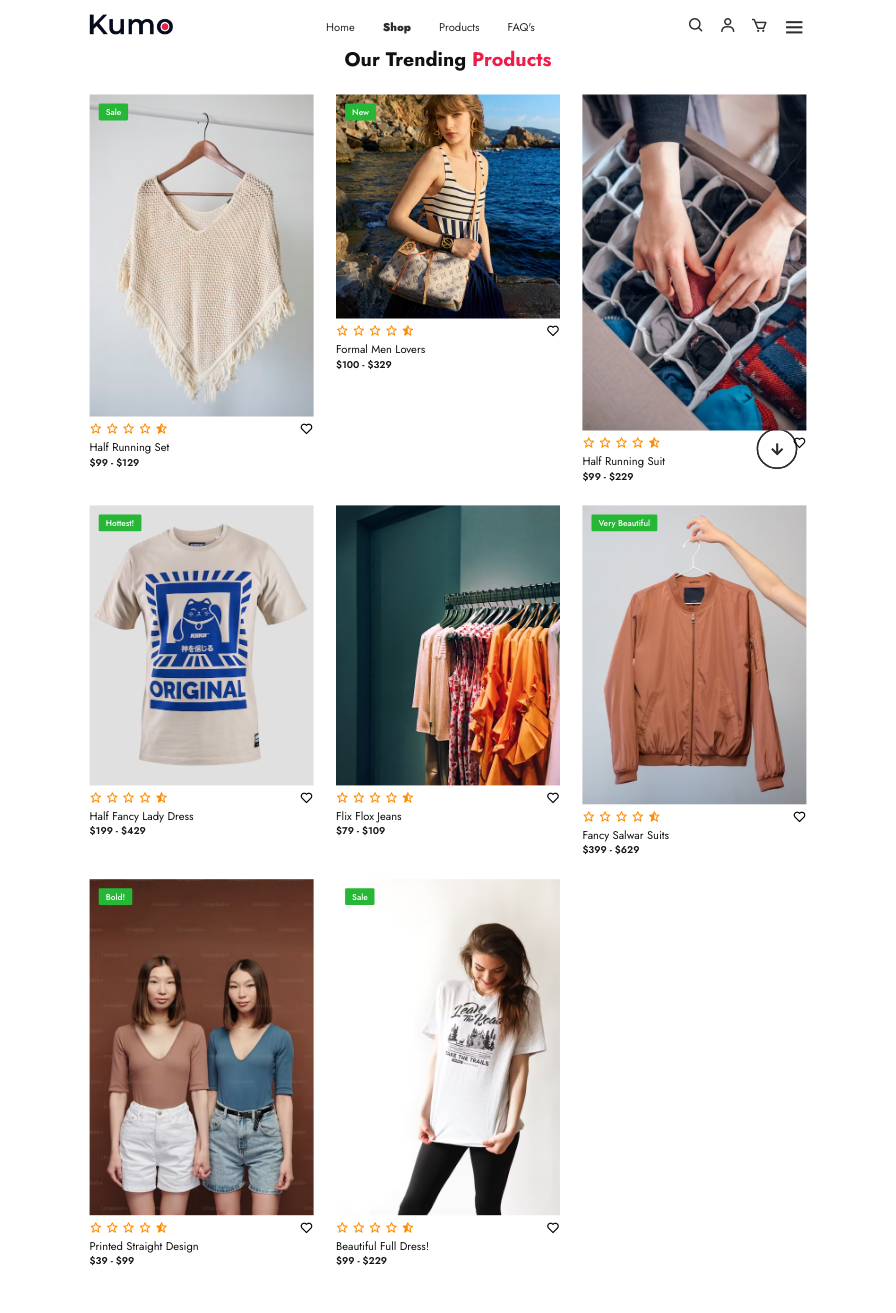
Repository: isaacCodes1/Kumo-Website.
Page: shop.html
An editor plug-in stored every save of this project. The page is shown before and after a run of saves, followed by the edit.
The browser window is 1280 px wide. The pictures show the whole page, at 70% of full size.

Above is the page before, as saved 2024-03-23 09:49:11.

### shop.html
<!DOCTYPE html>
<html lang="en">
  <head>
    <meta charset="UTF-8" />
    <meta name="viewport" content="width=device-width, initial-scale=1.0" />
    <link rel="stylesheet" href="style.css" />
    <link rel="preconnect" href="https://fonts.googleapis.com" />
    <link rel="preconnect" href="https://fonts.gstatic.com" crossorigin />
    <link
      href="https://fonts.googleapis.com/css2?family=Bricolage+Grotesque:opsz,wght@12..96,200..800&family=Jost:ital,wght@0,100..900;1,100..900&family=Montserrat:ital,wght@0,100..900;1,100..900&family=Poppins:ital,wght@0,100;0,200;0,300;0,400;0,500;0,600;0,700;0,800;0,900;1,100;1,200;1,300;1,400;1,500;1,600;1,700;1,800;1,900&display=swap"
      rel="stylesheet"
    />
    <link
      rel="stylesheet"
      href="https://cdnjs.cloudflare.com/ajax/libs/font-awesome/6.5.1/css/all.min.css"
      integrity="sha512-DTOQO9RWCH3ppGqcWaEA1BIZOC6xxalwEsw9c2QQeAIftl+Vegovlnee1c9QX4TctnWMn13TZye+giMm8e2LwA=="
      crossorigin="anonymous"
      referrerpolicy="no-referrer"
    />
    <link
      rel="stylesheet"
      href="https://unpkg.com/boxicons@latest/css/boxicons.min.css"
    />
    <link rel="stylesheet" href="Mediaquery.css" />
    <title>Document</title>
  </head>
  <body>
    <header>
      <a href="index.html" class="logo"><img src="Assets/logo.png" alt="" /></a>
      <ul class="navmenu">
        <li><a href="index.html">Home</a></li>
        <li><a style="font-weight: 900" href="shop.html">Shop</a></li>
        <li><a href="products.html">Products</a></li>
        <li><a href="Questions.html">FAQ's</a></li>
      </ul>
      <div class="nav-icon">
        <a href="#"><i class="bx bx-search"></i></a>
        <a href="#"><i class="bx bx-user"></i></a>
        <a href="#"><i class="bx bx-cart"></i></a>
        <div class="bx bx-menu" id="menu-icon"></div>
      </div>
    </header>
    <div class="down-arrow">
      <a href="#trending" class="down"><i class="bx bx-down-arrow-alt"></i></a>
    </div>
    <div class="down-arrow">
      <a href="#trending" class="down"><i class="bx bx-down-arrow-alt"></i></a>
    </div>
    <!-- <trending-products-section-->
    <section class="trending-product" id="trending">
      <div class="center-text">
        <h2>Our Trending <span>Products</span></h2>
      </div>
      <div class="products">
        <div class="row">
          <img class="clothes1" src="/Assets/Clothes1.avif" alt="" />
          <div class="product-text">
            <h5>Sale</h5>
          </div>
          <div class="heart-icon">
            <i class="bx bx-heart"></i>
          </div>
          <div class="ratting">
            <i class="bx bx-star"></i>
            <i class="bx bx-star"></i>
            <i class="bx bx-star"></i>
            <i class="bx bx-star"></i>
            <i class="bx bxs-star-half"></i>
          </div>
          <div class="price">
            <h4>Half Running Set</h4>
            <p>$99 - $129</p>
          </div>
        </div>

        <div class="row">
          <img src="/Assets/luiz1.webp" alt="" />
          <div class="product-text">
            <h5>New</h5>
          </div>
          <div class="heart-icon">
            <i class="bx bx-heart"></i>
          </div>
          <div class="ratting">
            <i class="bx bx-star"></i>
            <i class="bx bx-star"></i>
            <i class="bx bx-star"></i>
            <i class="bx bx-star"></i>
            <i class="bx bxs-star-half"></i>
          </div>
          <div class="price">
            <h4>Formal Men Lovers</h4>
            <p>$100 - $329</p>
          </div>
        </div>
        <div class="row">
          <img src="/Assets/Clothes3.avif" alt="" />
          <div class="heart-icon">
            <i class="bx bx-heart"></i>
          </div>
          <div class="ratting">
            <i class="bx bx-star"></i>
            <i class="bx bx-star"></i>
            <i class="bx bx-star"></i>
            <i class="bx bx-star"></i>
            <i class="bx bxs-star-half"></i>
          </div>
          <div class="price">
            <h4>Half Running Suit</h4>
            <p>$99 - $229</p>
          </div>
        </div>
        <div class="row">
          <img src="/Assets/Clothes9.avif" alt="" />
          <div class="product-text">
            <h5>Hottest!</h5>
          </div>
          <div class="heart-icon">
            <i class="bx bx-heart"></i>
          </div>
          <div class="ratting">
            <i class="bx bx-star"></i>
            <i class="bx bx-star"></i>
            <i class="bx bx-star"></i>
            <i class="bx bx-star"></i>
            <i class="bx bxs-star-half"></i>
          </div>
          <div class="price">
            <h4>Half Fancy Lady Dress</h4>
            <p>$199 - $429</p>
          </div>
        </div>
        <div class="row">
          <img src="/Assets/clothes5.avif" alt="" />
          <div class="heart-icon">
            <i class="bx bx-heart"></i>
          </div>
          <div class="ratting">
            <i class="bx bx-star"></i>
            <i class="bx bx-star"></i>
            <i class="bx bx-star"></i>
            <i class="bx bx-star"></i>
            <i class="bx bxs-star-half"></i>
          </div>
          <div class="price">
            <h4>Flix Flox Jeans</h4>
            <p>$79 - $109</p>
          </div>
        </div>
        <div class="row">
          <img src="/Assets/Clothes6.avif" alt="" />
          <div class="product-text">
            <h5>Very Beautiful</h5>
          </div>
          <div class="heart-icon">
            <i class="bx bx-heart"></i>
          </div>
          <div class="ratting">
            <i class="bx bx-star"></i>
            <i class="bx bx-star"></i>
            <i class="bx bx-star"></i>
            <i class="bx bx-star"></i>
            <i class="bx bxs-star-half"></i>
          </div>
          <div class="price">
            <h4>Fancy Salwar Suits</h4>
            <p>$399 - $629</p>
          </div>
        </div>
        <div class="row">
          <img src="/Assets/Clothes7.avif" alt="" />
          <div class="product-text">
            <h5>Bold!</h5>
          </div>
          <div class="heart-icon">
            <i class="bx bx-heart"></i>
          </div>
          <div class="ratting">
            <i class="bx bx-star"></i>
            <i class="bx bx-star"></i>
            <i class="bx bx-star"></i>
            <i class="bx bx-star"></i>
            <i class="bx bxs-star-half"></i>
          </div>
          <div class="price">
            <h4>Printed straight Design</h4>
            <p>$39 - $99</p>
          </div>
        </div>
        <div class="row">
          <img src="/Assets/Clothes8.avif" alt="" />
          <div class="product-text">
            <h5>Sale</h5>
          </div>
          <div class="heart-icon">
            <i class="bx bx-heart"></i>
          </div>
          <div class="ratting">
            <i class="bx bx-star"></i>
            <i class="bx bx-star"></i>
            <i class="bx bx-star"></i>
            <i class="bx bx-star"></i>
            <i class="bx bxs-star-half"></i>
          </div>
          <div class="price">
            <h4>Beautiful Full Dress!</h4>
            <p>$99 - $229</p>
          </div>
        </div>
      </div>
    </section>
  </body>
  <script src="java.js"></script>
</html>

### style.css
* {
  margin: 0;
  padding: 0;
  box-sizing: border-box;
  scroll-behavior: smooth;
  font-family: "Jost", sans-serif;
  list-style-type: none;
  text-decoration: none;
}
header {
  position: fixed;
  width: 100%;
  top: 0;
  right: 0;
  z-index: 1000;
  display: flex;
  align-items: center;
  justify-content: space-between;
  padding: 20px 10%;
}
.logo img {
  max-width: 120px;
  height: auto;
}
.navmenu {
  display: flex;
}
.navmenu li :hover {
  background: #000;
}
.navmenu a {
  color: #2c2c2c;
  font-size: 16px;
  text-transform: capitalize;
  padding: 10px 20px;
  font-weight: 400;
  transition: all 0.42s ease;
}
.navmenu a:hover {
  color: #ee1c47;
}
.nav-icon {
  display: flex;
  align-items: center;
}
.nav-icon i {
  margin-right: 20px;
  color: #2c2c2c;
  font-size: 25px;
  font-weight: 400;
  transition: all 0.42s ease;
}
.nav-icon i:hover {
  transform: scale(1.05);
  color: #ee1c47;
}
#menu-icon {
  font-size: 35px;
  color: #2c2c2c;
  z-index: 10001;
  cursor: pointer;
}
section {
  padding: 5% 10%;
}
.main-home {
  width: 100%;
  height: 100vh;
  background-image: url(Assets/banner-3.png);
  background-position: center;
  background-size: cover;
  display: grid;
  grid-template-columns: repeat(1, 1fr);
  align-items: center;
}
.main-text h5 {
  color: #ee1c47;
  font-size: 16px;

  text-transform: capitalize;
  font-weight: 500;
}
.main-text h1 {
  color: #000;
  font-size: 65px;
  text-transform: capitalize;
  line-height: 1.1;
  font-weight: 600;
  margin: 6px 0 10px;
}
.main-text p {
  color: #333c56;
  font-size: 20px;
  font-style: italic;
  margin-bottom: 20px;
}
.main-btn {
  display: inline-block;
  color: #111;
  font-size: 16px;
  font-weight: 500;
  text-transform: capitalize;
  border: 2px solid#111;
  padding: 12px 25px;
  transition: all 0.42s ease;
}
.main-btn:hover {
  background: #000;
  color: #fff;
}
.main-btn i {
  vertical-align: middle;
}
.down-arrow {
  position: absolute;
  top: 85%;
  right: 11%;
}
.down i {
  font-size: 30px;
  color: #2c2c2c;
  border: 2px solid #2c2c2c;
  border-radius: 50px;
  padding: 12px 12px;
}
.down i:hover {
  background: #2c2c2c;
  color: #fff;
  transition: all 0.42s ease;
}
header.sticky {
  background: #fff;
  padding: 20px 10%;
  box-shadow: 0px 0px 10px rgb(0 0 0 /10%);
}
/* trending-section-css */
.center-text h2 {
  color: #111;
  font-size: 28px;
  text-transform: capitalize;
  text-align: center;
  margin-bottom: 30px;
}
.center-text span {
  color: #ee1c47;
}
.products {
  display: grid;
  grid-template-columns: repeat(auto-fit, minmax(260px, auto));
  gap: 2rem;
}
.row {
  position: relative;
  transition: all 0.4s;
}
.row img {
  width: 100%;
  height: auto;
  transition: all 0.4s;
}
.row img:hover {
  transform: scale(0.9);
}
.product-text h5 {
  position: absolute;
  top: 13px;
  left: 13px;
  color: #fff;
  font-size: 12px;
  font-weight: 500;
  text-transform: capitalize;
  background: #27b737;
  padding: 3px 10px;
  border-radius: 2px;
}
.heart-icon {
  position: absolute;
  right: 0;
  font-size: 20px;
}
.heart-icon:hover {
  color: #ee1c47;
}
.ratting {
  color: #ff8c00;
  font-size: 18px;
}

.price h4 {
  color: #111;
  font-size: 16px;
  text-transform: capitalize;
  font-weight: 400;
}
.price p {
  color: #151515;
  font-size: 14px;
  font-weight: 600;
}
.client-reviews {
  background: #f3f4f6;
}
.reviews {
  text-align: center;
}
.reviews h3 {
  color: #111;
  font-size: 25px;
  text-transform: capitalize;
  text-align: center;
  font-weight: 700;
}
.reviews img {
  width: 100px;
  height: auto;
  border-radius: 80px;
  margin: 10px 0;
}
.reviews p {
  color: #707070;
  font-size: 16px;
  font-weight: 400;
  line-height: 25px;
  margin-bottom: 10px;
}
.reviews h2 {
  font-size: 22px;
  color: #000;
  font-weight: 400;
  text-transform: capitalize;
  margin-bottom: 2px;
}
/* update-section-css */
.up-center-text h2 {
  text-align: center;
  color: #111;
  font-size: 25px;
  text-transform: capitalize;
  font-weight: 700;
  margin-bottom: 30px;
}
.cart img {
  width: 350px;
  height: auto;
  border-radius: 5px;
}
.update-cart {
  display: grid;
  grid-template-columns: repeat(auto-fit, minmax(380px, auto));
  gap: 1px;
}
.cart h5 {
  color: #636872;
  font-size: 14px;
  text-transform: capitalize;
  font-weight: 500;
}
.cart h4 {
  color: #111;
  font-size: 18px;
  font-weight: 600;
}
.cart p {
  color: #707070;
  font-size: 15px;
  max-width: 380px;
  line-height: 25px;
  margin-bottom: 12px;
}
.cart h6 {
  color: #151515;
  font-size: 14px;
  font-weight: 500;
}
/* contact-section */
.contact {
  background: #dbdbdb;
}
.contact-info {
  display: grid;
  grid-template-columns: repeat(auto-fit, minmax(160px, auto));
  gap: 3rem;
}
.first-info img {
  width: 140px;
  height: auto;
}
.contact-info h4 {
  color: #212529;
  font-size: 14px;
  text-transform: uppercase;
  margin-bottom: 10px;
}
.contact-info p {
  color: #565656;
  font-size: 14px;
  font-weight: 400;
  text-transform: capitalize;
  line-height: 1.5;
  margin-bottom: 10px;
  cursor: pointer;
  transition: all 0.42s;
}
.contact-info p:hover {
  color: #ee1c47;
}
.social-icon i {
  color: #565656;
  margin-right: 10px;
  font-size: 20px;
  transition: all 0.42s;
}
.social-icon i:hover {
  transform: scale(1.3);
}
.end-text {
  text-align: center;
  background: #edfff1;
  padding: 20px;
}
.end-text p {
  color: #111;
  text-transform: capitalize;
}
.clothes1 img {
  /* padding-bottom: 20px; */
  height: 2000px;
}

### Mediaquery.css
@media (890px) {
  header {
    padding: 20px 3%;
    transition: 0.4s;
  }
  .center-text h2 {
    font-size: 12px;
  }
}
@media (max-width: 630px) {
  .main-text h1 {
    font-size: 50px;
    transition: 0.4s;
  }
  .main-text p {
    font-size: 18px;
    transition: 0.4s;
  }
  .main-btn {
    padding: 10px 20px;
    transition: 0.4s;
  }
  .center-text h2 {
    font-size: 12px;
  }
}
@media (max-width: 750px) {
  .navmenu {
    position: absolute;
    top: 100%;
    right: -100%;
    width: 300px;
    height: 130vh;
    background: #edfff1;
    display: flex;
    flex-direction: column;
    align-items: center;
    padding: 120px 30px;
    transition: all 0.42s;
  }
  .navmenu a {
    display: block;
    margin: 18px 0;
  }
  .navmenu.open {
    right: 0;
  }
  .center-text h2 {
    font-size: 12px;
  }
}
@media(max-width: 700px){
    .center-text h2{
        font-size: 0;
    }
    .header{
      margin-bottom: 20px;
      color: #000;
    }
    .cart{
      align-items: center;
      display: flex;
      flex-direction: column;
    }
    .cart img{
      width: 270px;
      margin-right: 80px;
    }
    .cart p{
      font-size: 10px;
      margin-right: 80px;
    }
    .cart h4{
      font-size: 12px;
      margin-right: 80px;
    }
    .cart h6{
      font-size: 10px;
      margin-right: 80px;
    }
    .contact-info{
      display: flex;
      flex-direction: column;
      align-items: center
      ;
    }
}

### java.js
const header = document.querySelector("header");

window.addEventListener("scroll", function () {
  header.classList.toggle("sticky", window.scrollY > 0);
});

let menu = document.querySelector("#menu-icon");
let navmenu = document.querySelector(".navmenu");

menu.onclick = () => {
  menu.classList.toggle("bx-x");
  navmenu.classList.toggle("open");
};

After the next 2 saves:
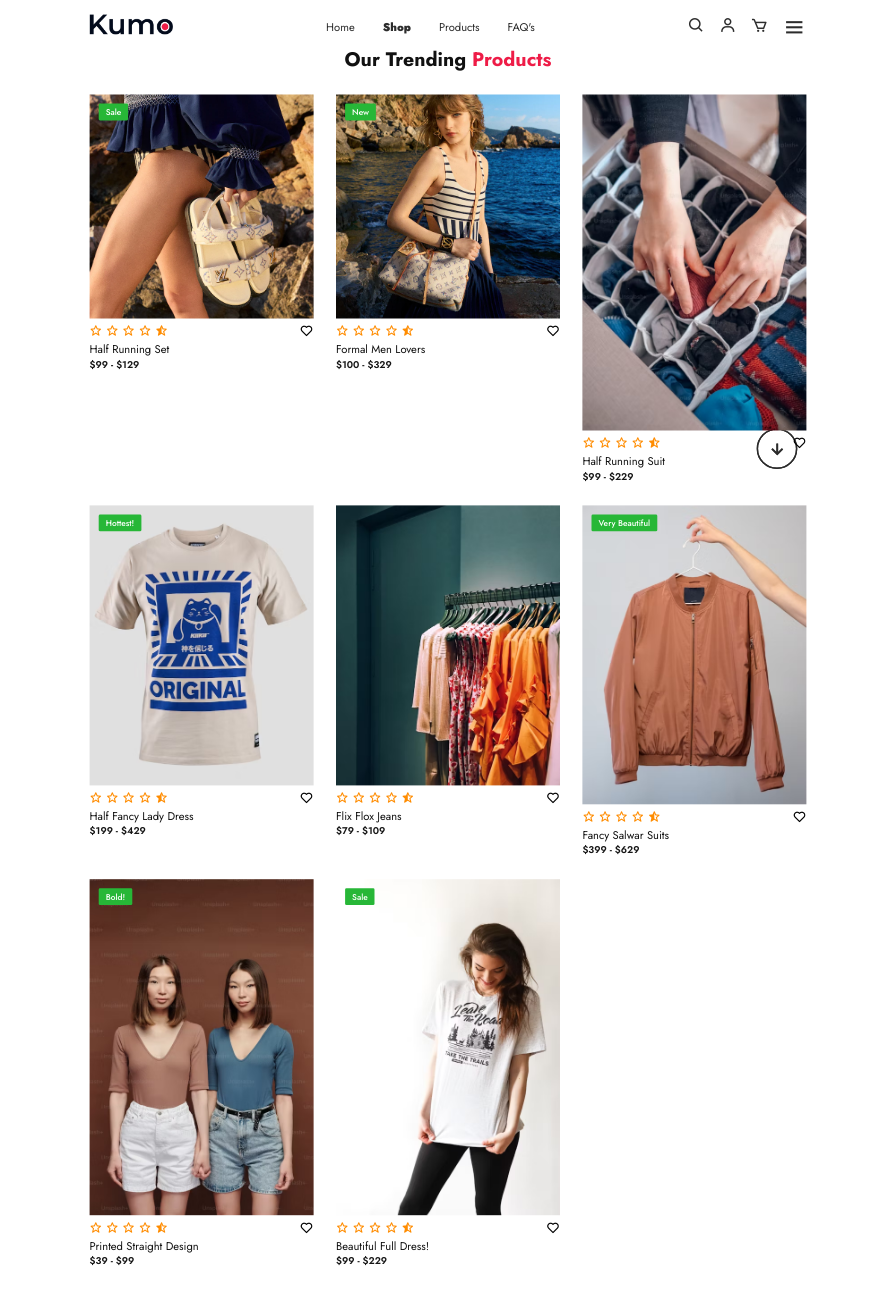
The 2 saves are shown as one change because they came seconds apart.
The last was saved 9 s later.
--- a/shop.html
+++ b/shop.html
@@ -53,7 +53,7 @@
       </div>
       <div class="products">
         <div class="row">
-          <img class="clothes1" src="/Assets/Clothes1.avif" alt="" />
+          <img class="clothes1" src="/Assets/luiz2.webp" alt="" />
           <div class="product-text">
             <h5>Sale</h5>
           </div>
